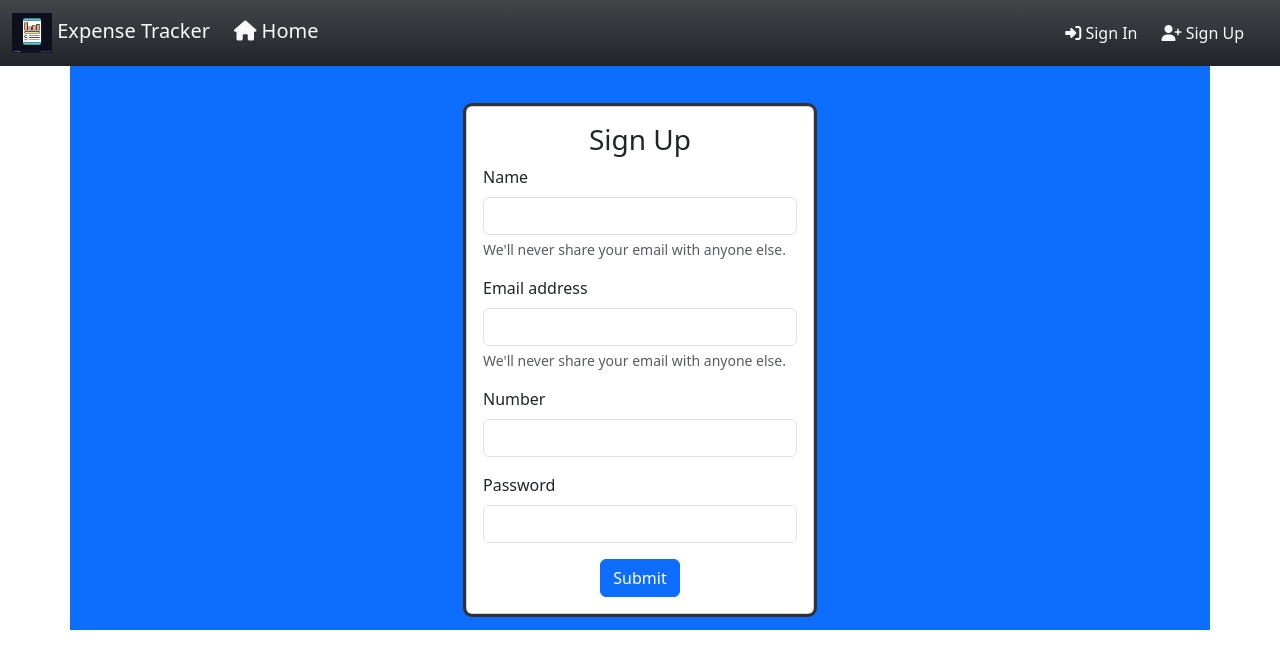
Repository: Gaurav560/OnlineExpenseTracker
Page: http://localhost/Online_Expense_Tracker/register.jsp
These files come from the project's save history. The page is drawn as it stood at one moment and after the next save; the edit follows.
The browser window is 1280 px wide. The pictures show the whole page.
The page is served by Tomcat 9. Other server files are loaded and not shown.

Above is the page before, as saved 2023-05-04 15:11:31.

### Online_Expense_Tracker/src/main/webapp/register.jsp
<%@ page language="java" contentType="text/html; charset=ISO-8859-1"
	pageEncoding="ISO-8859-1"%>
<!DOCTYPE html>
<html>
<head>
<meta charset="ISO-8859-1">
<title>Insert title here</title>
<%@include file="component/all_css.jsp"%>
</head>
<style>

</style>
<body>
	<!-- NAVBAR starts here -->
	<%@include file="component/navbar.jsp"%>
	<!-- NAVBAR ends here  -->

	<div class="container bg-primary" >
		<div class="row">
			<div class="col-md-4 offset-md-4 p-3  ">
				<div class="card mt-4"
					style="box-shadow: rgba(0, 0, 0, 0.16) 0px 1px 4px, rgb(51, 51, 51) 0px 0px 0px 3px;">
					<div class="card-body">
						<h3 class="card-title text-center">Sign Up</h3>

						<form>


							<div class="mb-3">
								<label for="exampleInputName1" class="form-label">Name </label>
								<input type="text" class="form-control" id="exampleInputName1"
									aria-describedby="nameHelp">
								<div id="emailHelp" class="form-text">We'll never share
									your email with anyone else.</div>
							</div>
							<div class="mb-3">
								<label for="exampleInputEmail1" class="form-label">Email
									address</label> <input type="email" class="form-control"
									id="exampleInputEmail1" aria-describedby="emailHelp">
								<div id="emailHelp" class="form-text">We'll never share
									your email with anyone else.</div>
							</div>

							<div class="mb-3">
								<label for="exampleInputnumber1" class="form-label">Number
								</label> <input type="number" class="form-control"
									id="exampleInputNumber1" aria-describedby="numberHelp">
								<div id="numberHelp" class="form-text"></div>
							</div>
							<div class="mb-3">
								<label for="exampleInputPassword1" class="form-label">Password</label>
								<input type="password" class="form-control"
									id="exampleInputPassword1">
							</div>
							<div class="text-center">

								<button type="submit" class="btn btn-primary">Submit</button>
							</div>

						</form>


					</div>
				</div>






			</div>







		</div>

	</div>



</body>
</html>

### Online_Expense_Tracker/src/main/webapp/component/all_css.jsp
<!--css cdn   -->
<link
	href="https://cdn.jsdelivr.net/npm/bootstrap@5.3.0-alpha3/dist/css/bootstrap.min.css"
	rel="stylesheet"
	integrity="sha384-KK94CHFLLe+nY2dmCWGMq91rCGa5gtU4mk92HdvYe+M/SXH301p5ILy+dN9+nJOZ"
	crossorigin="anonymous">



<!-- font awesome cdn  -->

<link rel="stylesheet"
	href="https://cdnjs.cloudflare.com/ajax/libs/font-awesome/6.4.0/css/all.min.css"
	integrity="sha512-iecdLmaskl7CVkqkXNQ/ZH/XLlvWZOJyj7Yy7tcenmpD1ypASozpmT/E0iPtmFIB46ZmdtAc9eNBvH0H/ZpiBw=="
	crossorigin="anonymous" referrerpolicy="no-referrer" />



<!--  js cdn -->
	<script
		src="https://cdn.jsdelivr.net/npm/bootstrap@5.3.0-alpha3/dist/js/bootstrap.bundle.min.js"
		integrity="sha384-ENjdO4Dr2bkBIFxQpeoTz1HIcje39Wm4jDKdf19U8gI4ddQ3GYNS7NTKfAdVQSZe"
		crossorigin="anonymous"></script>

### Online_Expense_Tracker/src/main/webapp/component/navbar.jsp
<!--Navbar starts here  -->


	<nav class="navbar navbar-expand-lg bg-dark  bg-gradient">
		<div class="container-fluid">
			<a class="navbar-brand text-light" href="#"><img
				src="img/expenseTracker.jpg" style="height: 40px; width: 40px;">
				Expense Tracker</a>
			<button class="navbar-toggler" type="button"
				data-bs-toggle="collapse" data-bs-target="#navbarSupportedContent"
				aria-controls="navbarSupportedContent" aria-expanded="false"
				aria-label="Toggle navigation">
				<span class="navbar-toggler-icon"></span>
			</button>
			<div class="collapse navbar-collapse" id="navbarSupportedContent">

				<ul class="navbar-nav me-auto mb-2 mb-lg-0">
					<li class="nav-item"><a class="nav-link active text-light fs-5 mb-1"
						aria-current="page" href="index.jsp"><i class="fa-solid fa-house"></i>
							Home</a></li>

				</ul>


				<ul class="navbar-nav ms-auto mb-2 mb-lg-0 me-3">

					<li class="nav-item me-2"><a class="nav-link active text-light"
						href="login.jsp"><i class="fa-solid fa-right-to-bracket"></i> Sign In</a></li>


					<li class="nav-item "><a class="nav-link active text-light "
						href="register.jsp"><i class="fa-solid fa-user-plus"></i> Sign Up</a></li>

				</ul>


			</div>
		</div>
	</nav>
	<!-- Navbar ends here  -->

After the next save:
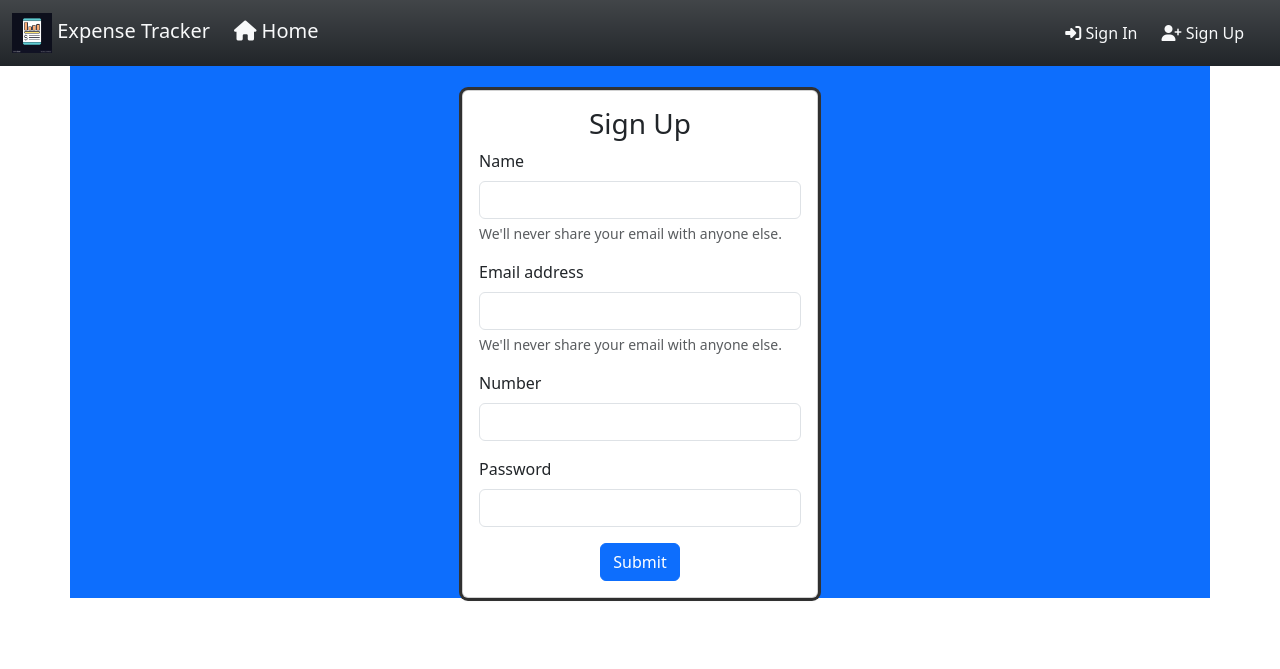
Saved 14 s later.
--- a/Online_Expense_Tracker/src/main/webapp/register.jsp
+++ b/Online_Expense_Tracker/src/main/webapp/register.jsp
@@ -17,7 +17,7 @@
 
 	<div class="container bg-primary" >
 		<div class="row">
-			<div class="col-md-4 offset-md-4 p-3  ">
+			<div class="col-md-4 offset-md-4  ">
 				<div class="card mt-4"
 					style="box-shadow: rgba(0, 0, 0, 0.16) 0px 1px 4px, rgb(51, 51, 51) 0px 0px 0px 3px;">
 					<div class="card-body">

After the save that followed:
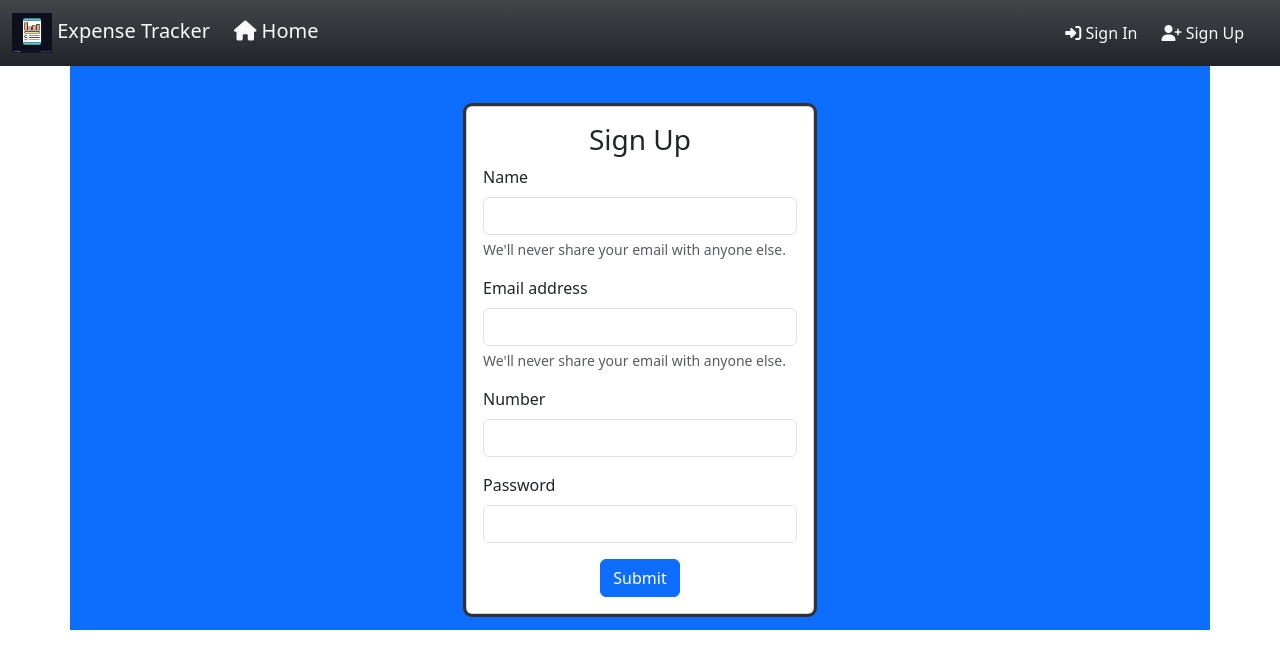
Saved 10 s later.
--- a/Online_Expense_Tracker/src/main/webapp/register.jsp
+++ b/Online_Expense_Tracker/src/main/webapp/register.jsp
@@ -17,7 +17,7 @@
 
 	<div class="container bg-primary" >
 		<div class="row">
-			<div class="col-md-4 offset-md-4  ">
+			<div class="col-md-4 offset-md-4 p-3  ">
 				<div class="card mt-4"
 					style="box-shadow: rgba(0, 0, 0, 0.16) 0px 1px 4px, rgb(51, 51, 51) 0px 0px 0px 3px;">
 					<div class="card-body">
